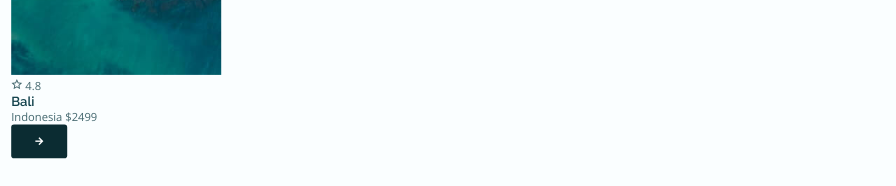
Repository: haokiet2501/travel-demo
Page: index.html
These files come from the project's save history. The page is drawn as it stood at one moment and after a run of saves; the edit follows.
The browser window is 1280 px wide. The pictures show the part of the page from y = 3280 to 5200 px (the page is 3546 px tall before and 5918 px after), at 70% of full size.
A picture or video elsewhere on the page could not be fetched, so the positions and the page height are approximate.

Above is the page before, as saved 2021-09-21 16:35:02.

### index.html
<!DOCTYPE html>
<html lang="en">

<head>
    <meta charset="UTF-8">
    <meta http-equiv="X-UA-Compatible" content="IE=edge">
    <meta name="viewport" content="width=device-width, initial-scale=1.0">
    <link href="https://cdn.jsdelivr.net/npm/remixicon@2.5.0/fonts/remixicon.css" rel="stylesheet">
    <link rel="stylesheet" href="/css/swiper-bundle.min.css">
    <link rel="stylesheet" href="/css/style.css">
    <title>Website Travel</title>
</head>

<body>
    <header class="header" id="header">
        <nav class="nav container">
            <a href="#" class="nav__logo">Du lịch</a>

            <div class="nav__menu" id="nav-menu">
                <ul class="nav__list">
                    <li class="nav__item">
                        <a href="#home" class="nav__link">Trang chủ</a>
                    </li>
                    <li class="nav__item">
                        <a href="#about" class="nav__link">Giới thiệu</a>
                    </li>
                    <li class="nav__item">
                        <a href="#discover" class="nav__link">Khám phá</a>
                    </li>
                    <li class="nav__item">
                        <a href="#place" class="nav__link">Địa điểm</a>
                    </li>
                </ul>

                <i class="ri-close-line nav__close" id="nav-close"></i>
            </div>

            <div class="nav__toggle" id="nav-toggle">
                <i class="ri-list-settings-line"></i>
            </div>
        </nav>
    </header>

    <main class="main">
        <!-- HOME -->
        <section class="home" id="home">
            <img src="assets/img/home1.jpg" alt="" class="home__img">

            <div class="home__container container grid">
                <div class="home__data">
                    <span class="home__data-subtitle">Khám phá địa điểm của bạn</span>
                    <h1 class="home__data-title">
                        Khám phá <br> Những <b>Bãi biển <br> Đẹp nhất</b>
                    </h1>
                    <a href="#" class="button">Khám phá</a>
                </div>

                <div class="home__social">
                    <a href="https://www.facebook.com/" target="_blank" class="home__social-link">
                        <i class="ri-facebook-box-fill"></i>
                    </a>

                    <a href="https://www.instagram.com/" target="_blank" class="home__social-link">
                        <i class="ri-instagram-fill"></i>
                    </a>

                    <a href="https://www.twitter.com/" target="_blank" class="home__social-link">
                        <i class="ri-twitter-fill"></i>
                    </a>
                </div>

                <div class="home__info">
                    <div>
                        <span class="home__info-title">5 địa điểm tốt nhất để tham quan</span>
                        <a href="#" class="button button--flex button--link home__info-button">
                            Xem <i class="ri-arrow-right-line"></i>
                        </a>
                    </div>

                    <div class="home__info-overlay">
                        <img src="/assets/img/home2.jpg" alt="" class="home__info-img">
                    </div>
                </div>
            </div>
        </section>

        <!-- ABOUT -->
        <section class="about section" id="about">
            <div class="about__container container grid">
                <div class="about__data">
                    <h2 class="section__title about__title">
                        Xem thêm thông tin <br> Về những bãi biển đẹp nhất
                    </h2>
                    <p class="about__description">
                        Bạn có thể tìm những nơi đẹp nhất của bãi biển phù hợp với giá tiền của bạn tại đây bạn có đội ngũ hỗ trợ cho bạn tất cả mà bạn không phải xếp hàng chờ.
                    </p>
                    <a href="#" class="button">Đặt chỗ ngay</a>
                </div>

                <div class="about__img">
                    <div class="about__img-overlay">
                        <img src="assets/img/about1.jpg" alt="" class="about__img-one">
                    </div>

                    <div class="about__img-overlay">
                        <img src="assets/img/about2.jpg" alt="" class="about__img-two">
                    </div>
                </div>
            </div>
        </section>

        <!-- Discover -->
        <section class="discover section" id="discover">
            <h2 class="section__title">Khám phá <br> những nơi hấp dẫn</h2>

            <div class="discover__container container swiper">
                <div class="swiper-wrapper">
                    <!-- Discover 1 -->
                    <div class="discover__card swiper-slide">
                        <img src="assets/img/discover1.jpg" alt="" class="discover__img">
                        <div class="discover__data">
                            <h2 class="discover__title">Bali</h2>
                            <span class="discover__description">24 chuyến tham quan</span>
                        </div>
                    </div>

                    <!-- Discover 2 -->
                    <div class="discover__card swiper-slide">
                        <img src="assets/img/discover2.jpg" alt="" class="discover__img">
                        <div class="discover__data">
                            <h2 class="discover__title">Hawaii</h2>
                            <span class="discover__description">15 chuyến tham quan</span>
                        </div>
                    </div>

                    <!-- Discover 3 -->
                    <div class="discover__card swiper-slide">
                        <img src="assets/img/discover3.jpg" alt="" class="discover__img">
                        <div class="discover__data">
                            <h2 class="discover__title">Hvar</h2>
                            <span class="discover__description">18 chuyến tham quan</span>
                        </div>
                    </div>

                    <!-- Discover 4 -->
                    <div class="discover__card swiper-slide">
                        <img src="assets/img/discover4.jpg" alt="" class="discover__img">
                        <div class="discover__data">
                            <h2 class="discover__title">Whitehaven</h2>
                            <span class="discover__description">32 chuyến tham quan</span>
                        </div>
                    </div>
                </div>
            </div>
        </section>

        <!-- Experience -->
        <section class="experience section">
            <h2 class="section__title">
                Với kinh nghiệm nhiều năm <br> Chúng tôi sẽ phục vụ bạn
            </h2>

            <div class="experience__container container grid">
                <div class="experience__content grid">
                    <div class="experience__data">
                        <h2 class="experience__number">20</h2>
                        <span class="experience__description">Năm <br> Kinh nghiệm</span>
                    </div>

                    <div class="experience__data">
                        <h2 class="experience__number">75</h2>
                        <span class="experience__description">
                            Các chuyến tham quan <br> Hoàn chỉnh
                        </span>
                    </div>

                    <div class="experience__data">
                        <h2 class="experience__number">500+</h2>
                        <span class="experience__description">Địa điểm <br> Du lịch</span>
                    </div>
                </div>

                <div class="experience__img grid">
                    <div class="experience__overlay">
                        <img src="assets/img/experience1.jpg" alt="" class="experience__img-one">
                    </div>

                    <div class="experience__overlay">
                        <img src="assets/img/experience2.jpg" alt="" class="experience__img-two">
                    </div>
                </div>
            </div>
        </section>

        <!-- Video -->
        <section class="video section">
            <h2 class="section__title">Video tham quan</h2>

            <div class="video__container container">
                <p class="video__description">
                    Video của chúng tôi gửi đến cho bạn và gia đình bạn những hình ảnh đẹp mắt.
                </p>

                <div class="video__content">
                    <video class="video__file" id="video-file">
                        <source src="video/video.mp4" type="video/mp4">
                    </video>

                    <button class="button button--flex video__button" id="video-button">
                        <i class="ri-play-line video__button-icon" id="video-icon"></i>
                    </button>
                </div>
            </div>
        </section>

        <!-- Place -->
        <section class="place section" id="place">
            <h2 class="section__title">Chọn địa điểm của bạn</h2>

            <div class="place__container container grid">
                <!-- Place card 1 -->
                <div class="place__card">
                    <img src="assets/img/place1.jpg" alt="" class="place__img">

                    <div class="place__content">
                        <span class="place__rating">
                            <i class="ri-star-line place__rating-icon"></i>
                            <span class="place__raitng-number">4.8</span>
                        </span>

                        <div class="place__data">
                            <h3 class="place__title">Bali</h3>
                            <span class="place_subtitle">Indonesia</span>
                            <span class="place__price">$2499</span>
                        </div>
                    </div>

                    <button class="button button--flex place__button">
                        <i class="ri-arrow-right-line"></i>
                    </button>
                </div>
            </div>
        </section>
    </main>

    <!-- Swiper Js -->
    <script src="js/swiper-bundle.min.js"></script>

    <!-- JS -->
    <script src="js/script.js"></script>
</body>

</html>

### css/style.css
/* Google Font */
@import url('https://fonts.googleapis.com/css2?family=Open+Sans:wght@400;600&family=Raleway:wght@500;600;700&display=swap');

/* Variables css */
:root {
    --header-height: 3rem;

    /* Colors */
    --hue-color: 190;

    /* HSL color mode */
    --first-color: hsl(var(--hue-color), 64%, 12%);
    --first-color-second: hsl(var(--hue-color), 64%, 22%);
    --first-color-alt: hsl(var(--hue-color), 64%, 15%);
    --title-color: hsl(var(--hue-color), 64%, 18%);
    --text-color: hsl(var(--hue-color), 24%, 35%);
    --text-color-light: hsl(var(--hue-color), 8%, 60%);
    --input-color: hsl(var(--hue-color), 24%, 97%);
    --body-color: hsl(var(--hue-color), 100%, 99%);
    --white-color: #FFF;
    --scroll-bar-color: hsl(var(--hue-color), 12%, 90%);
    --scroll-thumb-color: hsl(var(--hue-color), 12%, 75%);

    /* Font and typography */
    --body-font: 'Open Sans', sans-serif;
    --title-font: 'Raleway', sans-serif;
    --biggest-font-size: 2.5rem;
    --h1-font-size: 1.5rem;
    --h2-font-size: 1.25rem;
    --h3-font-size: 1rem;
    --normal-font-size: .938rem;
    --small-font-size: .813rem;
    --smaller-font-size: .75rem;

    /* Font Weight */
    --font-medium: 500;
    --font-semi-bold: 600;

    /* Margin Bottom */
    --mb-0-25: .25rem;
    --mb-0-5: .5rem;
    --mb-0-75: .75rem;
    --mb-1: 1rem;
    --mb-1-25: 1.25rem;
    --mb-1-5: 1.5rem;
    --mb-2: 2rem;
    --mb-2-5: 2.5rem;

    /* Z-index */
    --z-tooltip: 10;
    --z-fixed: 100;

    /* Hover overlay */
    --img-transition: .3s;
    --img-hidden: hidden;
    --img-scale: scale(1.1);
}

@media screen and (min-width: 960px) {
    :root {
        --biggest-font-size: 4rem;
        --h1-font-size: 2.25rem;
        --h2-font-size: 1.75rem;
        --h3-font-size: 1.25rem;
        --normal-font-size: 1rem;
        --small-font-size: .875rem;
        --smaller-font-size: .813rem;
    }
}

/* Base */
* {
    padding: 0;
    margin: 0;
    box-sizing: border-box;
}

html {
    scroll-behavior: smooth;
}

body {
    margin: var(--header-height) 0 0 0;
    font-family: var(--body-font);
    font-size: var(--normal-font-size);
    background-color: var(--body-color);
    color: var(--text-color);
}

h1,h2,h3 {
    color: var(--title-color);
    font-weight: var(--font-semi-bold);
    font-family: var(--title-font);
}

ul {
    list-style: none;
}

a {
    text-decoration: none;
}

img, video {
    max-width: 100%;
    height: auto;
}

button, input {
    border: none;
    font-family: var(--body-font);
    font-size: var(--normal-font-size);
}

button {
    cursor: pointer;
}

input {
    outline: none;
}

/* Reusable css classed */
.section {
    padding: 4.5rem 0 2.5rem;
}

.section__title {
    font-size: var(--h2-font-size);
    color: var(--title-color);
    text-align: center;
    text-transform: capitalize;
    margin-bottom: var(--mb-2);
}

.container {
    max-width: 960px;
    margin-left: var(--mb-1);
    margin-right: var(--mb-1);
}

.grid {
    display: grid;
    gap: 1.5rem;
}

/* HEADER */
.header {
    width: 100%;
    position: fixed;
    top: 0;
    left: 0;
    z-index: var(--z-fixed);
    background-color: transparent;
}

/* NAV */
.nav {
    display: flex;
    justify-content: space-between;
    align-items: center;
    height: var(--header-height);
}

.nav__logo, .nav__toggle {
    color: var(--white-color);
}

.nav__logo {
    font-weight: var(--font-semi-bold);
}

.nav__toggle {
    font-size: 1.2rem;
    cursor: pointer;
}

.nav__menu {
    position: relative;
}

@media screen and (max-width: 767px) {
    .nav__menu {
        position: fixed;
        background-color: var(--body-color);
        top: 0;
        right: -100%;
        width: 70%;
        height: 100%;
        box-shadow: -1px 0 4px hsla(var(--hue-color), 64%, 15%, .15);
        padding: 3rem;
        transition: .4s;
    }
}

.nav__list {
    display: flex;
    flex-direction: column;
    row-gap: 2.5rem;
}

.nav__link {
    color: var(--text-color-light);
    font-weight: var(--font-semi-bold);
    text-transform: uppercase;
}

.nav__link:hover {
    color: var(--text-color);
}

.nav__close {
    position: absolute;
    top: .75rem;
    right: 1rem;
    font-size: 1.5rem;
    color: var(--title-color);
    cursor: pointer;
}

/* Show-Menu */
.show-menu {
    right: 0;
}

/* Change background header */
.scroll-header {
    background-color: var(--body-color);
    box-shadow: 0 0 4px hsla(var(--hue-color), 64%, 15%, .15);
}

.scroll-header .nav__logo,
.scroll-header .nav__toggle {
    color: var(--title-color);
}

/* HOME */
.home__img {
    position: absolute;
    top: 0;
    left: 0;
    width: 100%;
    height: 100vh;
    object-fit: cover;
    object-position: 83%;
}

.home__container {
    position: relative;
    height: calc(100vh - var(--header-height));
    align-content: center;
    row-gap: 3rem;
}

.home__data-subtitle, .home__data-title,
.home__social-link, .home__info {
    color: var(--white-color);
}

.home__data-subtitle {
    display: block;
    font-weight: var(--font-semi-bold);
    margin-bottom: var(--mb-0-75);
}

.home__data-title {
    font-size: var(--biggest-font-size);
    font-weight: var(--font-medium);
    margin-bottom: var(--mb-2-5);
}

.home__social {
    display: flex;
    flex-direction: column;
    row-gap: 1.5rem;
}

.home__social-link {
    font-size: 1.2rem;
    width: max-content;
}

.home__info {
    background-color: var(--first-color);
    display: flex;
    padding: 1.5rem 1rem;
    align-items: center;
    column-gap: .5rem;
    position: absolute;
    right: 0;
    bottom: 1rem;
    width: 228px;
    border-radius: 6px;
}

.home__info-title {
    display: block;
    font-size: var(--small-font-size);
    font-weight: var(--font-semi-bold);
    margin-bottom: var(--mb-0-75);
}

.home__info-button {
    font-size: var(--smaller-font-size);
}

.home__info-overlay {
    overflow: var(--img-hidden);
}

.home__info-img {
    width: 145px;
    transition: var(--img-transition);
}

.home__info-img:hover {
    transform: var(--img-scale);
}

/* BUTTON */
.button {
    display: inline-block;
    padding: 1rem 2rem;
    background-color: var(--first-color);
    color: var(--white-color);
    font-weight: var(--font-semi-bold);
    transition: .3s;
    border-radius: 4px;
}

.button:hover {
    background-color: var(--first-color-alt);
}

.button--flex {
    display: flex;
    align-items: center;
    column-gap: .25rem;
}

.button--link {
    background: none;
    padding: 0;
}

.button--link:hover {
    background: none;
}

/* About */
.about__data {
    text-align: center;
}

.about__container {
    row-gap: 2.5rem;
}

.about__description {
    margin-bottom: var(--mb-2);
}

.about__img {
    display: flex;
    column-gap: 1rem;
    align-items: center;
    justify-content: center;
}

.about__img-overlay {
    overflow: var(--img-hidden);
}

.about__img-one {
    width: 130px;
}

.about__img-two {
    width: 180px;
}

.about__img-one,
.about__img-two {
    transition: var(--img-transition);
}

.about__img-one:hover,
.about__img-two:hover {
    transform: var(--img-scale);
}

/* DISCOVER */
.discover__card {
    position: relative;
    width: 200px;
    overflow: var(--img-hidden);
}

.discover__data {
    position: absolute;
    bottom: 1.5rem;
    left: 1rem;
}

.discover__title,
.discover__description {
    color: var(--white-color);
}

.discover__title {
    font-size: var(--h3-font-size);
    margin-bottom: var(--mb-0-25);
}

.discover__description {
    display: block;
    font-size: var(--smaller-font-size);
}

.discover__img {
    transition: var(--img-transition);
}

.discover__img:hover {
    transform: var(--img-scale);
}

.swiper-3d .swiper-slide-shadow-left,
.swiper-3d .swiper-slide-shadow-right {
    background-image: none;
}

/* Experience */
.experience__container {
    row-gap: 2.5rem;
    justify-content: center;
    justify-items: center;
}

.experience__content {
    grid-template-columns: repeat(3, 1fr);
    column-gap: 1rem;
    justify-items: center;
    padding: 0 2rem;
}

.experience__number {
    font-size: var(--h2-font-size);
    font-weight: var(--font-semi-bold);
    margin-bottom: var(--mb-0-5);
}

.experience__description {
    font-size: var(--small-font-size);
}

.experience__img {
    position: relative;
    padding-bottom: 2rem;
}

.experience__overlay:nth-child(1) {
    width: 263px;
    margin-right: 2rem;
}

.experience__overlay:nth-child(2) {
    width: 120px;
    position: absolute;
    top: 2rem;
    right: 0;
}

.experience__img-one,
.experience__img-two {
    transition: var(--img-transition);
}

.experience__img-one:hover,
.experience__img-two:hover {
    transform: var(--img-scale);
}

.experience__overlay {
    overflow: var(--img-hidden);
}

/* VIDEO */
.video__container {
    padding-bottom: 1rem;
}

.video__description {
    text-align: center;
    margin-bottom: var(--mb-2-5);
}

.video__content {
    position: relative;
}

.video__file {
    border-radius: 4px;
}

.video__button {
    position: absolute;
    right: 1rem;
    bottom: -1rem;
    padding: 1rem 1.5rem;
}

.video__button-icon {
    font-size: 1.2rem;
}

### js/script.js
// Show Menu
const navMenu = document.getElementById("nav-menu"),
  navToggle = document.getElementById("nav-toggle"),
  navClose = document.getElementById("nav-close");

if (navToggle) {
  navToggle.addEventListener("click", () => {
    navMenu.classList.add("show-menu");
  });
}

if (navClose) {
  navClose.addEventListener("click", () => {
    navMenu.classList.remove("show-menu");
  });
}

// Remove menu Mobile
const navLink = document.querySelectorAll(".nav__link");

function linkAction() {
  const navMenu = document.getElementById("nav-menu");

  navMenu.classList.remove("show-menu");
}
navLink.forEach((n) => n.addEventListener("click", linkAction));

// Change background header
function scrollHeader() {
  const header = document.getElementById("header");

  if (this.scrollY >= 100) header.classList.add("scroll-header");
  else header.classList.remove("scroll-header");
}
window.addEventListener("scroll", scrollHeader);

// Swiper js
var swiper = new Swiper(".discover__container", {
  effect: "coverflow",
  grabCursor: true,
  centeredSlides: true,
  slidesPerView: "auto",
  loop:true,
  spaceBetween: 32,
  coverflowEffect: {
    rotate: 0,
  },
});

// Video

const videoFile = document.getElementById('video-file'),
      videoButton = document.getElementById('video-button'),
      videoIcon = document.getElementById('video-icon')

function playPause() {
    if(videoFile.paused) {
        // Play video
        videoFile.play()

        // We change the icon
        videoIcon.classList.add('ri-pause-line')
        videoIcon.classList.remove('ri-play-line')
    } else {
        // Pause video
        videoFile.pause()

        // We change the icon
        videoIcon.classList.remove('ri-pause-line')
        videoIcon.classList.add('ri-play-line')
    }
}

videoButton.addEventListener('click', playPause)

function finalVideo() {
    // Video end, icon change
    videoIcon.classList.remove('ri-pause-line')
    videoIcon.classList.remove('ri-play-line')
}

videoFile.addEventListener('ended', finalVideo)

Loaded but not shown: css/swiper-bundle.min.css (library); js/swiper-bundle.min.js (library)

After the next 7 saves:
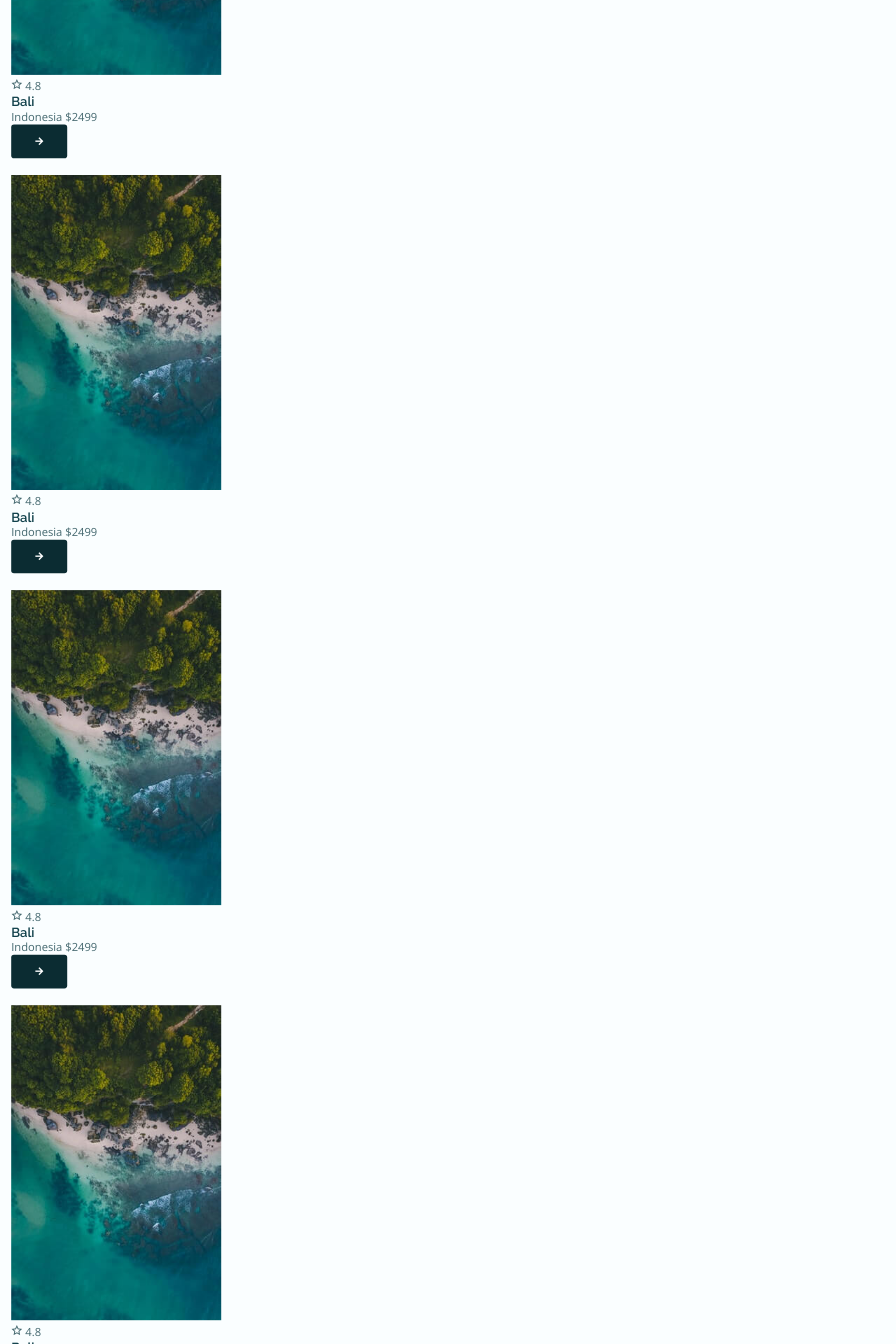
The 7 saves are shown as one change because they came seconds apart.
The last was saved 53 s later.
--- a/index.html
+++ b/index.html
@@ -239,6 +239,93 @@
                         <i class="ri-arrow-right-line"></i>
                     </button>
                 </div>
+                <!-- Place card 1 -->
+                <div class="place__card">
+                    <img src="assets/img/place1.jpg" alt="" class="place__img">
+
+                    <div class="place__content">
+                        <span class="place__rating">
+                            <i class="ri-star-line place__rating-icon"></i>
+                            <span class="place__raitng-number">4.8</span>
+                        </span>
+
+                        <div class="place__data">
+                            <h3 class="place__title">Bali</h3>
+                            <span class="place_subtitle">Indonesia</span>
+                            <span class="place__price">$2499</span>
+                        </div>
+                    </div>
+
+                    <button class="button button--flex place__button">
+                        <i class="ri-arrow-right-line"></i>
+                    </button>
+                </div>
+
+                <!-- Place card 2 -->
+                <div class="place__card">
+                    <img src="assets/img/place1.jpg" alt="" class="place__img">
+
+                    <div class="place__content">
+                        <span class="place__rating">
+                            <i class="ri-star-line place__rating-icon"></i>
+                            <span class="place__raitng-number">4.8</span>
+                        </span>
+
+                        <div class="place__data">
+                            <h3 class="place__title">Bali</h3>
+                            <span class="place_subtitle">Indonesia</span>
+                            <span class="place__price">$2499</span>
+                        </div>
+                    </div>
+
+                    <button class="button button--flex place__button">
+                        <i class="ri-arrow-right-line"></i>
+                    </button>
+                </div>
+
+                <!-- Place card 3 -->
+                <div class="place__card">
+                    <img src="assets/img/place1.jpg" alt="" class="place__img">
+
+                    <div class="place__content">
+                        <span class="place__rating">
+                            <i class="ri-star-line place__rating-icon"></i>
+                            <span class="place__raitng-number">4.8</span>
+                        </span>
+
+                        <div class="place__data">
+                            <h3 class="place__title">Bali</h3>
+                            <span class="place_subtitle">Indonesia</span>
+                            <span class="place__price">$2499</span>
+                        </div>
+                    </div>
+
+                    <button class="button button--flex place__button">
+                        <i class="ri-arrow-right-line"></i>
+                    </button>
+                </div>
+
+                <!-- Place card 4 -->
+                <div class="place__card">
+                    <img src="assets/img/place1.jpg" alt="" class="place__img">
+
+                    <div class="place__content">
+                        <span class="place__rating">
+                            <i class="ri-star-line place__rating-icon"></i>
+                            <span class="place__raitng-number">4.8</span>
+                        </span>
+
+                        <div class="place__data">
+                            <h3 class="place__title">Bali</h3>
+                            <span class="place_subtitle">Indonesia</span>
+                            <span class="place__price">$2499</span>
+                        </div>
+                    </div>
+
+                    <button class="button button--flex place__button">
+                        <i class="ri-arrow-right-line"></i>
+                    </button>
+                </div>
             </div>
         </section>
     </main>
